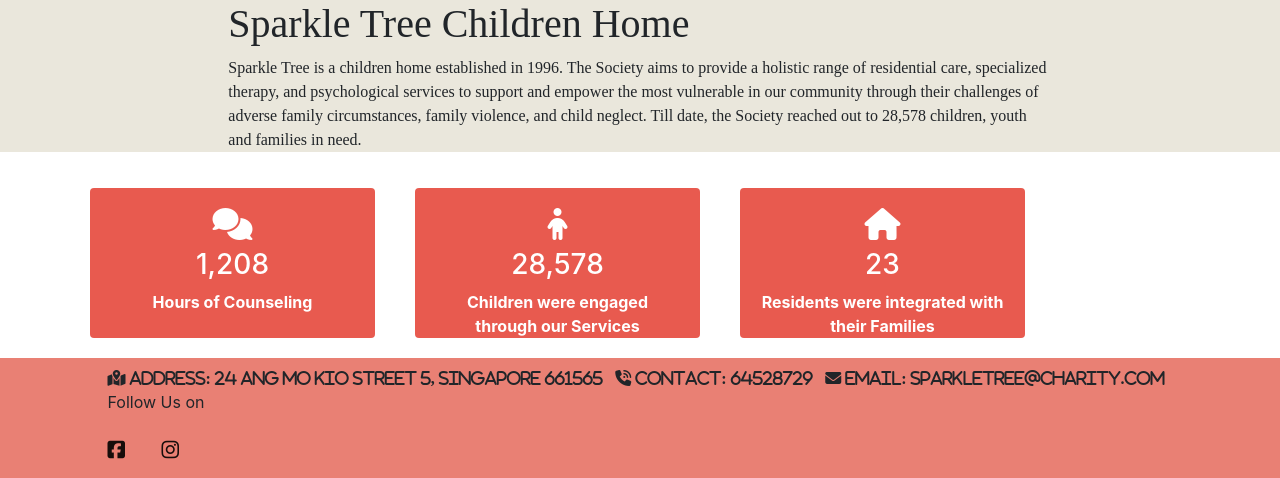
Repository: Code-Institute-Submissions/Jasonngyt-Project1
Page: index.html
The author's editor kept a record of every edit. The page is drawn from the files as they stood at one moment, then again after the next edit.
The browser window is 1280 px wide. The pictures show the part of the page from y = 632 to 1110 px (the page is 1110 px tall before and 1086 px after).
Some web fonts or font styles are not loaded; a fallback is used. Some web libraries are served in a nearby version.

Above is the page before.

After the next edit:
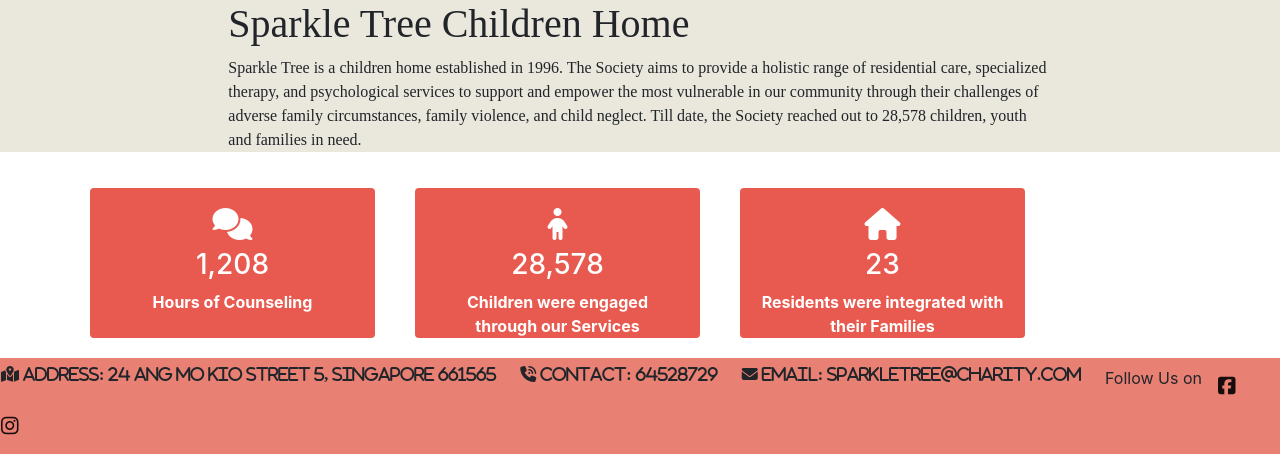
The edit:
--- a/index.html
+++ b/index.html
@@ -110,10 +110,10 @@
 
     <!-- Footer Navbar -->
     <nav class="navbar navbar-light justify-content-center">
-        <div class="rowr">
-            <div class="fas fa-map-marked-alt pr-2"> Address: 24 Ang Mo Kio Street 5, Singapore 661565</div>
-            <div class="fas fa-phone-volume pr-2"> Contact: 64528729</div>
-            <div class="fas fa-envelope pr-2"> Email: sparkletree@charity.com </div>
+        <div class="row">
+            <div class="fas fa-map-marked-alt pr-4"> Address: 24 Ang Mo Kio Street 5, Singapore 661565</div>
+            <div class="fas fa-phone-volume pr-4"> Contact: 64528729</div>
+            <div class="fas fa-envelope pr-4"> Email: sparkletree@charity.com </div>
             <p class="pr-3">Follow Us on </p>
             <a class="navbar-brand" href="#! pr-2"><i class="fab fa-facebook-square pr-3"></i></a>
             <a class="navbar-brand" href="#!"><i class="fab fa-instagram"></i></a>
